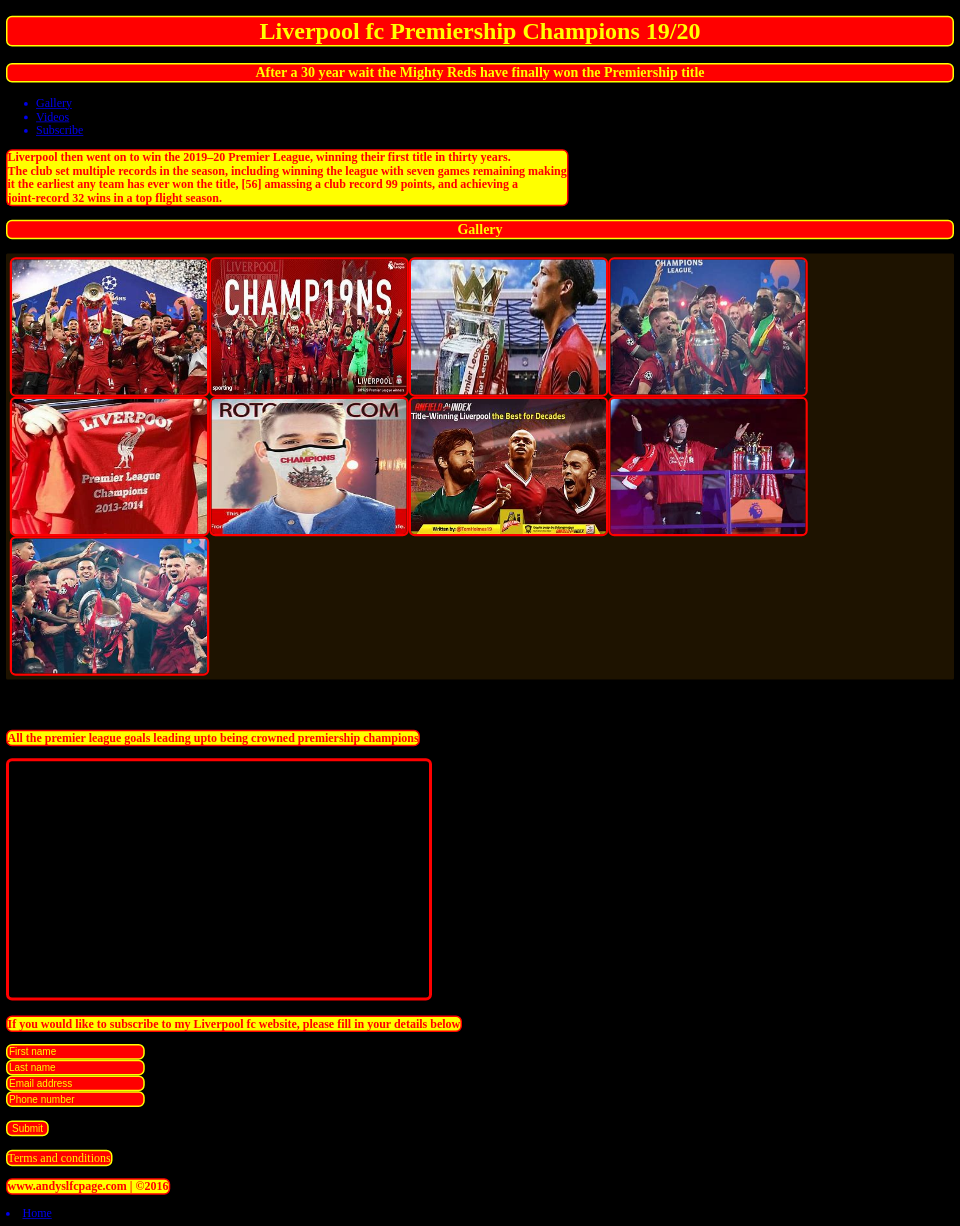
Repository: andyd71/HTML_and_CSS
Page: one_page_website/One_Page_Website.html
The author's editor kept a copy of each file at every save. The page is drawn from the files as they stood at one save, then again after the next save.
The browser window is 1280 px wide. The pictures show the whole page, at 75% of full size.
Pictures or frames that could not be fetched are drawn as grey boxes.

Above is the page before, as saved 2020-10-09 13:51:21.

### one_page_website/One_Page_Website.html
<!DOCTYPE html>
<html lang="en">
<head>
<meta charset="utf-8">
<title>My LFC webpage</title>
<link rel = "stylesheet" type = "text/CSS" href = "./css/One_Page_Website.css">
</head>
<body>
<div id="home">
<header>
<h1>Liverpool fc Premiership Champions 19/20 </h1>
<h3>After a 30 year wait the Mighty Reds have finally won the Premiership title</h3>
</header>
<!--NAV-->

</div>
<div>
<ul>
<a href="#gallery"><li>Gallery</li>
<a href="#videos"><li>Videos</li>
<a href="#subscription"><li>Subscribe</li></a>
</ul>
</div>
<!--END NAV-->
<!--HOME-->
<div id="home">
<p>Liverpool then went on to win the 2019–20 Premier League, winning their first title in thirty years.<br>
 The club set multiple records in the season, including winning the league with seven games remaining making<br>
 it the earliest any team has ever won the title, [56] amassing a club record 99 points, and achieving a <br>
 joint-record 32 wins in a top flight season.</p>
 </div>
 <!--END HOME-->
 <!--GALLERY-->
 <h3>Gallery</h3>
 <div id="gallery">
    <div id="flex-container">

 <img src="./images/lfc1.jpeg" alt="lfc celebrations"></img><br>
 <img src="./images/lfc2.jpeg" alt="lfc celebrations2"></img><br>
 <img src="./images/lfc3.jpeg" alt="van dyk and trophy"></img><br>
 <img src="./images/lfc4.jpeg" alt="jurgen klopp"></img><br>
 <img src="./images/lfc5.jpeg" alt="lfc t shirt"></img><br>
 <img src="./images/lfc6.jpeg" alt="lfc face mask"></img><br>
 <img src="./images/lfc7.jpeg" alt="lfc trio"></img><br>
 <img src="./images/lfc8.jpeg" alt="jurgen klopp 2"></img><br>
 <img src="./images/lfc9.jpeg" alt="jurgen klopp 3"></img><br>
</div>
</div>
 <!--END GALLERY-->
 <!--VIDEO-->
 <div id="videos">
 <h2>Videos</h2>
 <p>All the premier league goals leading upto being crowned premiership champions</p>
 <iframe width="560" height="315" src="https://www.bing.com/videos/search?q=lfc+premier+league+champions&&view=detail&mid=1A960A4E3B330AA705841A960A4E3B330AA70584&&FORM=VRDGAR&ru=%2Fvideos%2Fsearch%3Fq%3Dlfc%2Bpremier%2Bleague%2Bchampions%26qs%3DAS%26form%3DQBVLPG%26sp%3D1%26pq%3Dlfc%2Bpremier%26sc%3D8-11%26cvid%3DD1CF79B54EFC4960A0E7F0BA9E0FD3FC" frameborder="0" allow="accelerometer; encrypted-media; gyroscope; picture-in-picture" allowfullscreen></iframe>
 </div>
<!--END VIDEO-->
<!--SUBSCRIPTION-->
<div id="subscription">
<p>If you would like to subscribe to my Liverpool fc website, please fill in your details below</p>

<form action="" method="post">
<input class="subscription" type="text" value="First name"><br>
<input class="subscription" type="text" value="Last name"><br>
<input class="subscription" type="text" value="Email address"><br>
<input class="subscription" type="text" value="Phone number"><br><br>
<input type="submit" value="Submit"><br><br>
<div id= "terms">
<label class="terms">Terms and conditions</label><br>
</div>
</form>
</div>
<!--END SUBSCRIPTION-->

<!--FOOTER-->
<footer>
<div>
<p>www.andyslfcpage.com&nbsp;|&nbsp;&copy;2016</p>


</div>
<a href="#home" id="link"><li>Home</li>
</footer>
<!--END FOOTER-->

### one_page_website/css/One_page_website.css

body {
	background-color: black;
}



h1 {

	color : yellow;
	text-align : center;
	font-weight : bold;
	background : red;
	border: 2px solid yellow;
	border-radius: 8px;
}
h3 {
	color : yellow;
	text-align : center;
	background : red;
	border: 2px solid yellow;
	border-radius: 8px;
}
}
h2 {
	color : yellow;
	background : red;
	border-radius: 8px;
}




p  {
	color : red;
	background: yellow;
	border: 2px solid red;
	border-radius: 8px;
	font-size: 16px;
	font-weight: 900;
	width: fit-content;
}

 input {
	border: 2px solid yellow;
	background-color: red;
	color: yellow;
	border-radius: 8px;
}

#terms {
	border: 2px solid yellow;
	background-color: red;
	color: yellow;
	border-radius: 8px;
	width: fit-content;
}

iframe {
	border: 4px solid red;
	border-radius: 8px;
}





#flex-container {
	display: -webkit-flex;
    display: flex;
    flex-wrap: wrap;
    padding: 5px;
    border-radius: 2px;
	margin: 0px auto;
	background-color: rgba(100, 65, 0, .3);
    box-shadow: 2px 2px 10px 0 rgba(0, 0, 0, 0.5);
}

#flex-container img {
	border: 3px solid red;
	width: 260px;
	height: 180px;
	border-radius: 8px;
}

After the next save:
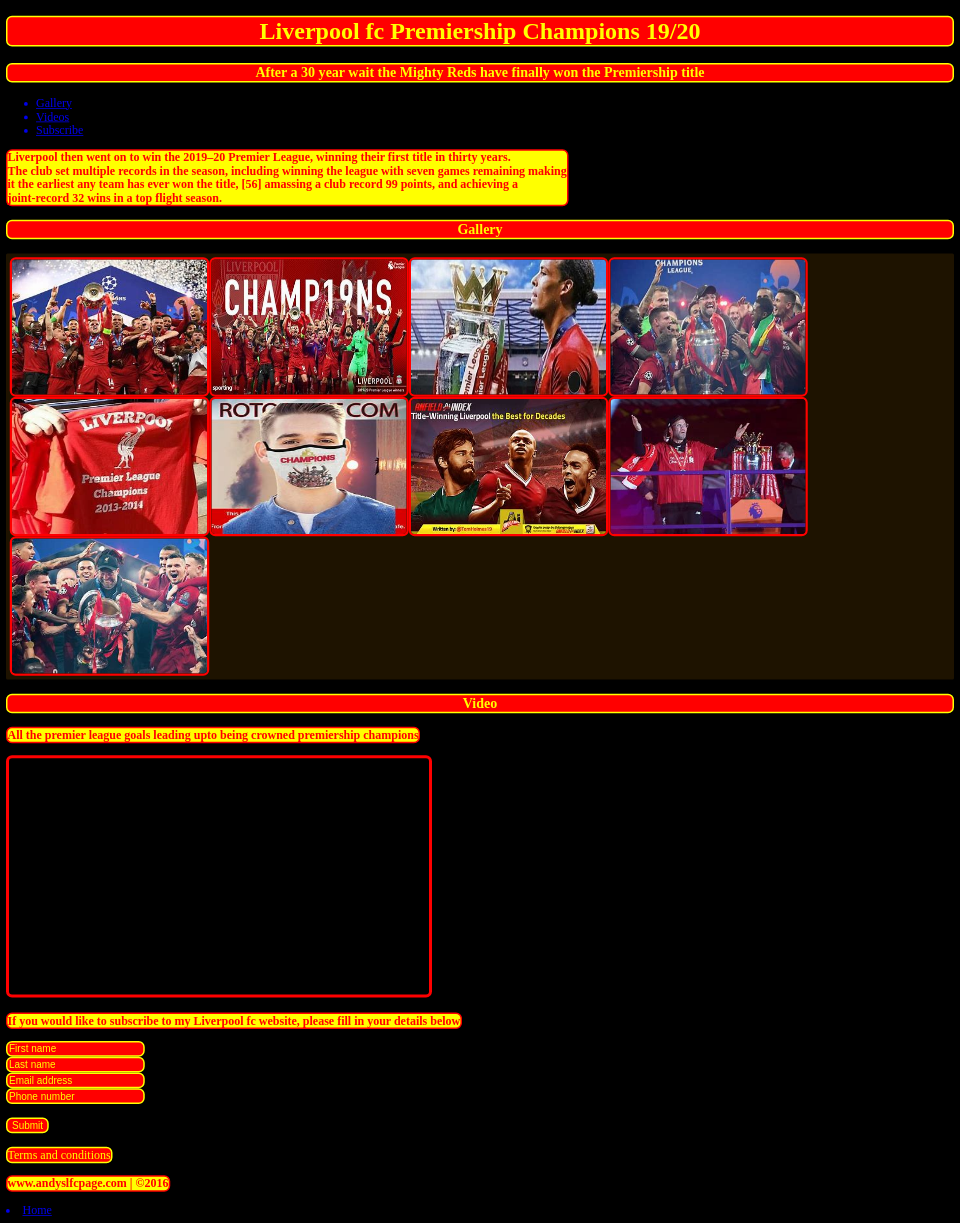
Saved 78 s later.
--- a/one_page_website/One_Page_Website.html
+++ b/one_page_website/One_Page_Website.html
@@ -49,7 +49,7 @@
  <!--END GALLERY-->
  <!--VIDEO-->
  <div id="videos">
- <h2>Videos</h2>
+ <h3>Video</h3>
  <p>All the premier league goals leading upto being crowned premiership champions</p>
  <iframe width="560" height="315" src="https://www.bing.com/videos/search?q=lfc+premier+league+champions&&view=detail&mid=1A960A4E3B330AA705841A960A4E3B330AA70584&&FORM=VRDGAR&ru=%2Fvideos%2Fsearch%3Fq%3Dlfc%2Bpremier%2Bleague%2Bchampions%26qs%3DAS%26form%3DQBVLPG%26sp%3D1%26pq%3Dlfc%2Bpremier%26sc%3D8-11%26cvid%3DD1CF79B54EFC4960A0E7F0BA9E0FD3FC" frameborder="0" allow="accelerometer; encrypted-media; gyroscope; picture-in-picture" allowfullscreen></iframe>
  </div>
